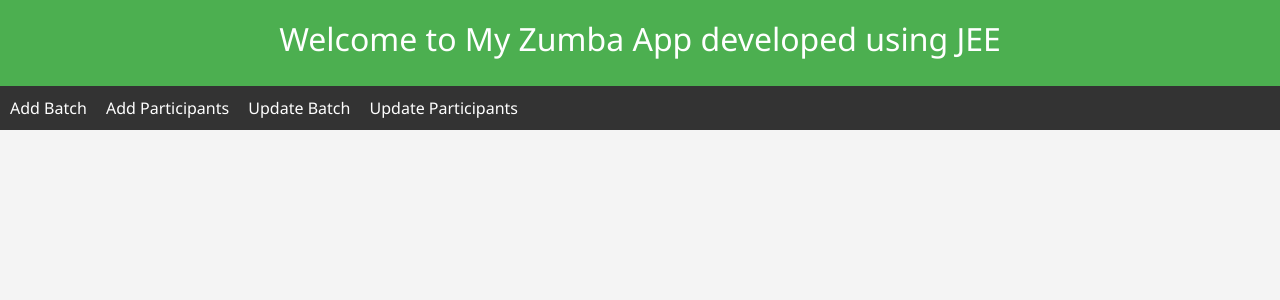
Repository: BennJammin/caltech_Java_Course2_EndProject
Page: http://localhost/Zumba_App_Course2/
The author's editor kept a copy of each file at every save. The page is drawn from the files as they stood at one save, then again after the next save.
The browser window is 1280 px wide. The pictures show the whole page.
The page is served by Tomcat 9. Other server files are loaded and not shown.

Above is the page before, as saved 2024-01-14 02:00:36.

### Zumba_App_Course2/src/main/webapp/index.html
<!DOCTYPE html>
<html lang="en">
<head>
    <meta charset="UTF-8">
    <meta name="viewport" content="width=device-width, initial-scale=1.0">
    <title>Zumba App</title>
    <link href="https://cdn.jsdelivr.net/npm/bootstrap@5.0.2/dist/css/bootstrap.min.css" rel="stylesheet" integrity="sha384-EVSTQN3/azprG1Anm3QDgpJLIm9Nao0Yz1ztcQTwFspd3yD65VohhpuuCOmLASjC" crossorigin="anonymous">
    <link href="style.css" rel="stylesheet"/>
</head>
<body>
    <header>
        <h2>Welcome to My Zumba App developed using JEE</h2>
    </header>
    <nav>
        <ul>
            <li><a href="addBatch.jsp">Add Batch</a></li>
            <li><a href="ParticipantController">Add Participants</a></li>
            <li><a href="updateBatch.jsp">Update Batch</a></li>
            <li><a href="updateParticipants.jsp">Update Participants</a></li>
        </ul>
    </nav>
</body>
</html>

### Zumba_App_Course2/src/main/webapp/style.css
body {
    font-family: 'Segoe UI', Tahoma, Geneva, Verdana, sans-serif;
    margin: 0;
    padding: 0;
    background-color: #f4f4f4;
}

header {
    background-color: #4CAF50;
    color: #fff;
    padding: 20px;
    text-align: center;
}

nav {
    background-color: #333;
    color: #fff;
    padding: 10px;
}

nav ul {
    list-style: none;
    margin: 0;
    padding: 0;
}

nav ul li {
    display: inline;
    margin-right: 15px;
}

nav a {
    text-decoration: none;
    color: #fff;
}

nav a:hover {
    color: #4CAF50;
}

After the next save:
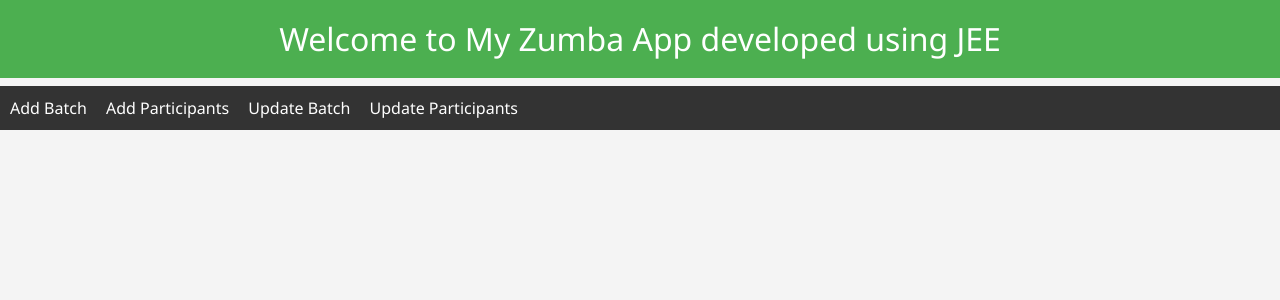
Saved 4 min 21 s later.
--- a/Zumba_App_Course2/src/main/webapp/style.css
+++ b/Zumba_App_Course2/src/main/webapp/style.css
@@ -5,7 +5,7 @@ body {
     background-color: #f4f4f4;
 }
 
-header {
+h2 {
     background-color: #4CAF50;
     color: #fff;
     padding: 20px;
